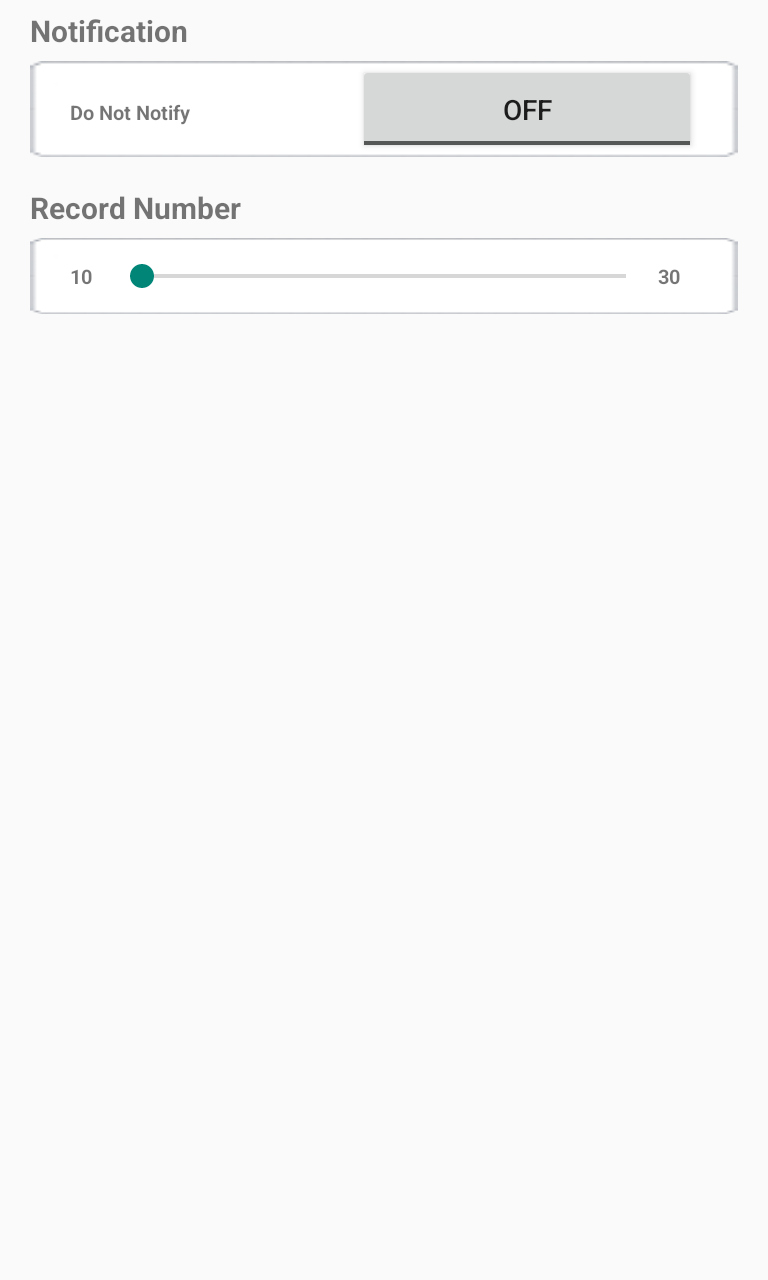
Repository: GitDidNotExitCleanly/AndroidTimer
Layout: G54MDP_Stopwatch/res/layout/fragment_settings.xml
An editor plug-in stored every save of this project. The layout is shown before and after the next save, followed by the edit.
It is drawn on a 768 x 1280 px phone screen (xhdpi) without system bars, with theme AppTheme; the app's code is not run.

Above is the layout before, as saved 2015-03-07 17:17:37.

### G54MDP_Stopwatch/res/layout/fragment_settings.xml
<?xml version="1.0" encoding="utf-8"?>
<LinearLayout xmlns:android="http://schemas.android.com/apk/res/android"
    android:layout_width="match_parent"
    android:layout_height="match_parent"
    android:orientation="vertical" >

    <LinearLayout
        android:layout_width="match_parent"
        android:layout_height="wrap_content"
        android:orientation="vertical"
        android:layout_marginTop="5dp"
        android:layout_marginBottom="5dp"
        android:layout_marginLeft="15dp"
        android:layout_marginRight="15dp" >

        <TextView
            android:layout_width="wrap_content"
            android:layout_height="wrap_content"
            android:textStyle="bold"
            android:textSize="15sp"
            android:text="Notification" />

       <LinearLayout
           android:layout_width="match_parent"
           android:layout_height="wrap_content"
           android:layout_marginBottom="5dp"
           android:layout_marginTop="5dp"
           android:paddingLeft="20dp"
           android:paddingRight="20dp"
           android:background="@drawable/settings_border"
           android:orientation="horizontal" >

            <TextView
                android:layout_width="wrap_content"
                android:layout_height="wrap_content"
                android:layout_weight="1"
                android:textStyle="bold"
                android:textSize="10sp"
                android:text="Do Not Notify" />

            <ToggleButton
                android:id="@+id/do_not_notify"
                android:layout_width="wrap_content"
                android:layout_height="wrap_content"
                android:layout_weight="1"
                android:checked="false"
                android:text="ToggleButton" />

        </LinearLayout>

    </LinearLayout>

    <LinearLayout
        android:layout_width="match_parent"
        android:layout_height="wrap_content"
        android:orientation="vertical"
        android:layout_marginTop="5dp"
        android:layout_marginBottom="5dp"
        android:layout_marginLeft="15dp"
        android:layout_marginRight="15dp" >

         <TextView
            android:layout_width="wrap_content"
            android:layout_height="wrap_content"
            android:textStyle="bold"
            android:textSize="15sp"
            android:text="Record Number" />

        <LinearLayout
            android:layout_width="match_parent"
            android:layout_height="wrap_content"
            android:layout_marginBottom="5dp"
            android:layout_marginTop="5dp"
            android:background="@drawable/settings_border"
            android:gravity="center"
            android:orientation="horizontal"
            android:paddingTop="10dp"
            android:paddingBottom="10dp"
            android:paddingLeft="20dp"
            android:paddingRight="20dp" >

            <TextView
                android:layout_width="20dp"
                android:layout_height="wrap_content"
                android:textStyle="bold"
                android:textSize="10sp"
                android:text="10" />

            <SeekBar
                android:id="@+id/record_number_seekbar"
                android:layout_width="fill_parent"
                android:layout_height="wrap_content"
                android:layout_weight="1" />

            <TextView
                android:layout_width="20dp"
                android:layout_height="wrap_content"
                android:textStyle="bold"
                android:textSize="10sp"
                android:text="30" />

        </LinearLayout>

    </LinearLayout>

</LinearLayout>

Loaded but not shown: G54MDP_Stopwatch/res/values/styles.xml (common file); G54MDP_Stopwatch/res/values-v11/styles.xml (common file); G54MDP_Stopwatch/res/values-v14/styles.xml (common file)

After the next save:
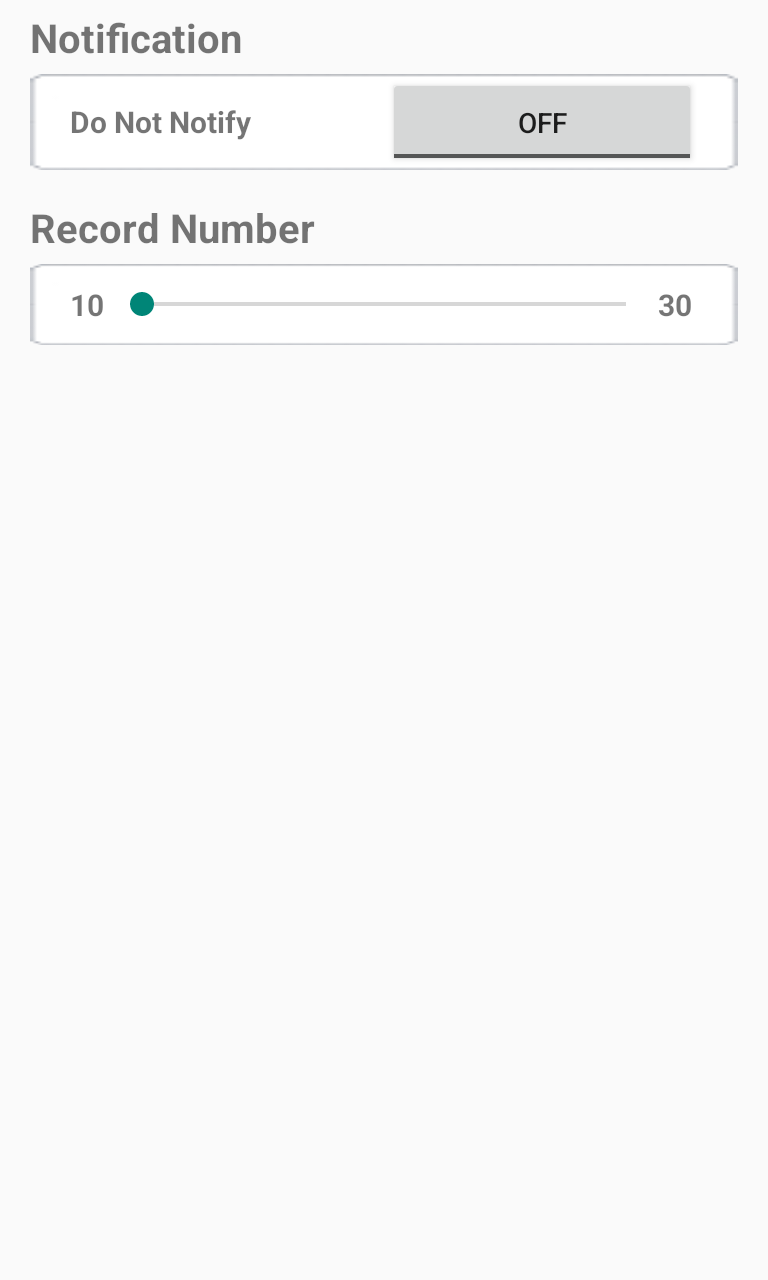
Saved 57 s later.
--- a/G54MDP_Stopwatch/res/layout/fragment_settings.xml
+++ b/G54MDP_Stopwatch/res/layout/fragment_settings.xml
@@ -17,7 +17,7 @@
             android:layout_width="wrap_content"
             android:layout_height="wrap_content"
             android:textStyle="bold"
-            android:textSize="15sp"
+            android:textSize="20sp"
             android:text="Notification" />
 
        <LinearLayout
@@ -35,7 +35,7 @@
                 android:layout_height="wrap_content"
                 android:layout_weight="1"
                 android:textStyle="bold"
-                android:textSize="10sp"
+                android:textSize="15sp"
                 android:text="Do Not Notify" />
 
             <ToggleButton
@@ -63,7 +63,7 @@
             android:layout_width="wrap_content"
             android:layout_height="wrap_content"
             android:textStyle="bold"
-            android:textSize="15sp"
+            android:textSize="20sp"
             android:text="Record Number" />
 
         <LinearLayout
@@ -83,7 +83,7 @@
                 android:layout_width="20dp"
                 android:layout_height="wrap_content"
                 android:textStyle="bold"
-                android:textSize="10sp"
+                android:textSize="15sp"
                 android:text="10" />
 
             <SeekBar
@@ -96,7 +96,7 @@
                 android:layout_width="20dp"
                 android:layout_height="wrap_content"
                 android:textStyle="bold"
-                android:textSize="10sp"
+                android:textSize="15sp"
                 android:text="30" />
 
         </LinearLayout>
